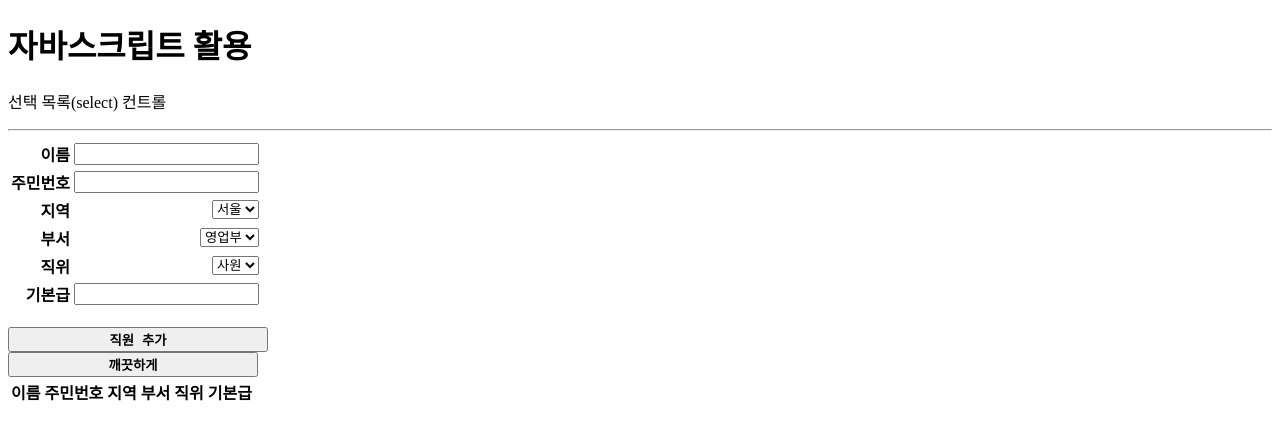
Repository: lolsoyeon/WebStudy
Page: WebApp03/WebContent/Test030.html
An editor plug-in stored every save of this project. The page is shown before and after the next save, followed by the edit.
The browser window is 1280 px wide. The pictures show the whole page.

Above is the page before, as saved 2022-10-06 05:38:21.

After the next save:
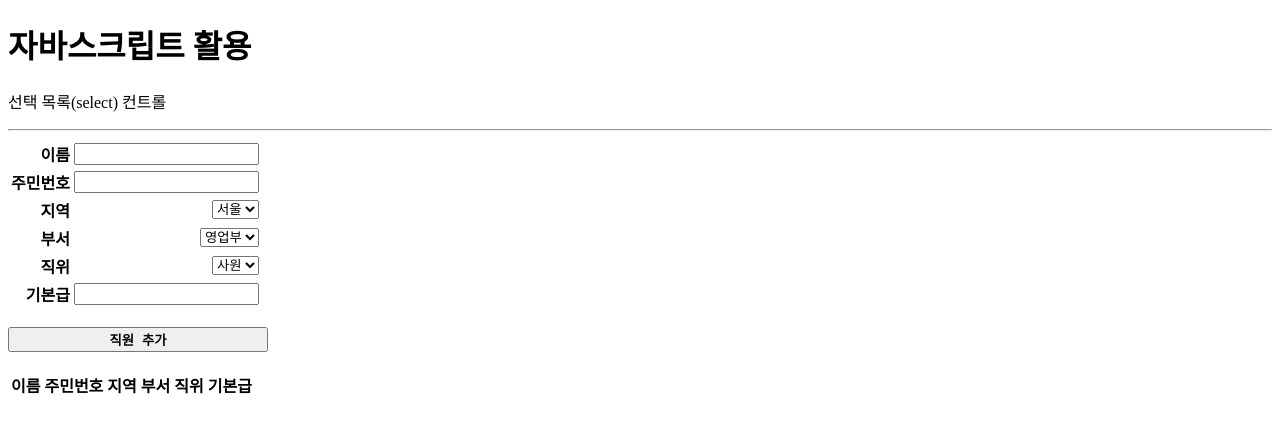
Saved 51 s later.
--- a/WebApp03/WebContent/Test030.html
+++ b/WebApp03/WebContent/Test030.html
@@ -280,7 +280,7 @@ td {
 				onclick="addMember()"> <br>
 
 
-			<input type="reset" class="btn" id="reset" value="깨끗하게">
+			<!-- <input type="reset" class="btn" id="reset" value="깨끗하게"> -->
 			<br>
 
 			<table id="memberList">
